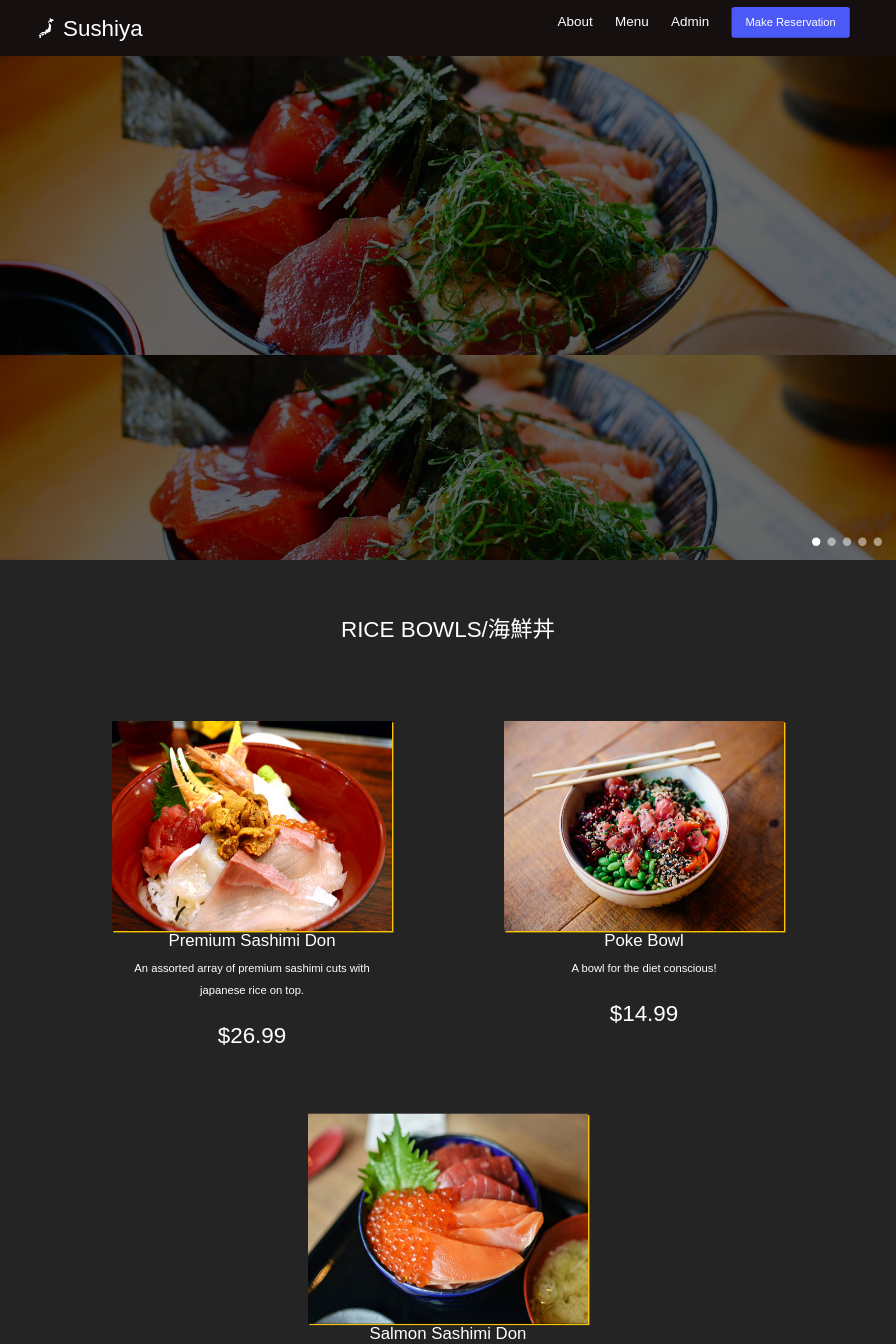
Repository: RuiXiong2211/Sushiroe
Page: /Menu
The author's editor kept a copy of each file at every save. The page is drawn from the files as they stood at one save, then again after the next save.
The browser window is 1280 px wide. The pictures show the part of the page from y = 0 to 1920 px (the page is 5128 px tall), at 70% of full size.
Pictures or frames that could not be fetched are drawn as grey boxes. The page's requests for data from a server got no answer. The project was rebuilt for these pictures with package versions that can differ from the ones it lists, and the page was loaded fresh each time. No one was signed in, and anything a server would have sent is missing. Also part of the build but not shown: src/components/InfoSection/InfoSection.elements.js, src/components/InfoSection/InfoSection.js, src/components/AdminDashboard/ResItem.elements.js, src/components/AdminDashboard/ResvItem.js, src/components/Reservation/Reservation.elements.js, src/components/AdminDashboard/EditFormElements.js, src/components/AdminDashboard/EditForm.js, src/components/AdminDashboard/AdminDashboard.elements.js and 8 more.

Above is the page before, as saved 2021-07-30 12:33:03.

### src/App.js
import { React, useEffect } from "react";
import "bootstrap/dist/css/bootstrap.min.css";
import { BrowserRouter as Router, Switch, Route } from "react-router-dom";
import { Navbar, Footer } from "./components";
import ScrollToTop from "./components/ScrollToTop";
import GlobalStyle from "./globalStyles";
import Home from "./pages/HomePage/Home";
import Menu from "./pages/Menu/Menu";
import Reservation from "./pages/Reservation/ReservationPage";
import Admin from "./pages/AdminDashboard/Dashboard";
import { useStore } from "./services/reservations";

function App() {
  const getAllReservation = useStore((state) => state.getReservations);
  const reservations = useStore((state) => state.reservations);

  useEffect(() => {
    getAllReservation();
  }, [getAllReservation]);

  useEffect(() => {
    console.log(reservations);
  }, [reservations]);

  return (
    <Router>
      <GlobalStyle />
      <ScrollToTop />
      <Navbar />
      <Switch>
        <Route path="/" exact component={Home} />
        <Route path="/Menu" exact component={Menu} />
        <Route path="/Reservation" render={(props) => <Reservation {...props} reservations={reservations} />} />
        <Route path="/Admin" render={(props) => <Admin {...props} reservations={reservations} />} />
      </Switch>
      <Footer />
    </Router>
  );
}

export default App;

### src/components/index.js
export { default as Navbar } from './Navbar/Navbar.js'
export { default as Footer } from './Footer/Footer.js'
export { default as InfoSection } from './InfoSection/InfoSection.js'
export { default as ImageSlider } from './ImageSlider/ImageSlider.js'
export { default as ProductSection } from './ProductSection/ProductSection.js'
export { default as AdminDashboard } from './AdminDashboard/AdminDashboard.js'

### src/components/ScrollToTop.js
import { useEffect } from 'react'
import { useLocation } from 'react-router-dom'

export default function ScrollToTop() {
    const { pathname } = useLocation()
    useEffect(() => {
        window.scrollTo(0, 0);
    },
    [pathname]
    )

    return null
}

### src/globalStyles.js
import styled, {createGlobalStyle} from 'styled-components'

const GlobalStyle = createGlobalStyle`
* {
    box-sizing: border-box;
    margin: 0;
    padding: 0;
    font-family: 'Source Sans Pro', sans-serif
}
`;

export const Container = styled.div`
    z-index: 1;
    width: 100%;
    max-width: 1300px;
    margin-right: auto;
    margin-left: auto;
    padding-right: 50px;
    padding-left: 50px;

    @media screen and (max-width: 991px) {
        padding-right: 30px;
        padding-left: 30px;
    }
`
export const Button = styled.button`
    border-radius: 4px;
    background: ${({primary}) => (primary ? '#4B59F7' : '#0467FB')};
    white-space: nowrap;
    padding: ${({big}) => (big ? '12px 64px' : '10px 20px')};
    color: #fff;
    font-size: ${({fontBig}) => (fontBig ? '20px' : '16px')};
    outline: none;
    border: none;
    cursor: pointer;

    &:hover {
        transition: all 0.3s ease-out;
        background: #fff;
        background: ${({primary}) => (primary ? '#0467FB' : '#4B59F7')};
    }

    @media screen and (max-width: 960px) {
        width: 100%;
    }
 `

export default GlobalStyle

### src/pages/Menu/Menu.js
import React from "react";
import { ImageSlider, ProductSection } from "../../components";
import {
  sliderData,
  productData,
  sushiData,
  drinksData,
} from "../../data/menu/Data";

const Menu = () => {
  return (
    <>
      <ImageSlider images={sliderData} />
      <ProductSection heading="RICE BOWLS/海鮮丼" data={productData} />
      <ProductSection heading="SUSHI/お寿司" data={sushiData} />
      <ProductSection heading="飲み物/DRINKS" data={drinksData} />
    </>
  );
};

export default Menu;

### src/services/reservations.js
import axios from "axios";
import emailjs from "emailjs-com";
import create from "zustand";

const baseUrl = "http://localhost:4000/app/reservation";

export const useStore = create((set) => ({
  reservations: [],
  getReservations: async () => {
    const response = await axios.get(baseUrl);
    set({ reservations: await response.data });
  },
  addReservation: (reservation) => {
    set((state) => ({
      reservations: [...state.reservations, { ...reservation }],
    }));
  },
  removeReservation: (id) => {
    set((state) => ({
      reservations: state.reservations.filter(
        (reservation) => id !== reservation.id
      ),
    }));
  },
  editReservation: (id, updatedReservation) => {
    set((state) => ({
      reservations: state.reservations.map((reservation) =>
        id === reservation.id ? updatedReservation : reservation
      ),
    }));
  },
}));

// export const createNewReservation = (reservation) => {
//   axios
//     .post(baseUrl, reservation)
//     .then((response) => console.log(response.data));
// };

export const createNewReservation = async (reservation) => {
  const response = await axios.post(baseUrl, reservation);
  return await response.data.id;
};

export const updateReservation = (id, reservation) => {
  axios.patch(`${baseUrl}/${id}`, reservation);
  //.then((response) => console.log(response.data));
};

export const sendConfirmationEmail = (emailParams) => {
  emailjs.send(
    "service_zzhbm1s",
    "template_yot0ajf",
    emailParams,
    "user_Rb1siOwIIlMA7ruNlgeYh"
  );
};

export const getReservations = async () => {
  const request = await axios.get(baseUrl);
  return request;
};

export const deleteReservation = async (id) => {
  await axios.delete(`${baseUrl}/${id}`);
};

getReservations().then((reservation) =>
  useStore.setState((state) => ({
    ...state,
    reservation,
  }))
);

### src/components/Navbar/Navbar.js
import React, { useState, useEffect } from "react";
import { Button } from '../../globalStyles';
import {
  Nav,
  NavbarContainer,
  NavLogo,
  NavIcon,
  MobileIcon,
  MobileIconButton,
  NavMenu,
  NavItem,
  NavLinks,
  NavItemBtn,
  NavBtnLink,
} from "./Navbar.elements";

const Navbar = () => {

  const [click, setClick] = useState(false)
  const [button, setButton] = useState(true)

  const handleClick = () => setClick(!click)
  const showButton = () => {
      if (window.innerWidth <= 960) {
          setButton(false)
      } else {
        setButton(true)

      }
  }

  useEffect(() => {
      showButton()
  }, [])

  window.addEventListener('resize', showButton);


  return (
    <>
      <Nav>
        <NavbarContainer>
          <NavLogo to="/">
            <NavIcon />
            Sushiya
          </NavLogo>
          <MobileIcon onClick={handleClick}>
            <MobileIconButton click={click} />
          </MobileIcon>
          <NavMenu onClick={handleClick} click={click}>
              <NavItem>
                  <NavLinks to='/'>
                      About
                  </NavLinks>
              </NavItem>
              <NavItem>
                  <NavLinks to='/Menu'>
                      Menu
                  </NavLinks>
              </NavItem>
              <NavItem>
                  <NavLinks to='/Admin'>
                      Admin
                  </NavLinks>
              </NavItem>
              <NavItemBtn>
                {button ? (
                  <NavBtnLink to='/Reservation'>
                    <Button primary>
                      Make Reservation
                      </Button>
                  </NavBtnLink>
                ) : (
                  <NavBtnLink to='/Reservation'>
                    <Button fontBig primary>
                      Make Reservation
                    </Button>
                  </NavBtnLink>
                )}
              </NavItemBtn>
          </NavMenu>
        </NavbarContainer>
      </Nav>
    </>
  );
};

export default Navbar;

### src/components/Footer/Footer.js
import React from "react";

import {
  FaFacebook,
  FaInstagram,
  FaYoutube,
  FaTwitter,
  FaLinkedin,
} from "react-icons/fa";

import {
  FooterContainer,
  SocialMedia,
  SocialMediaWrap,
  SocialLogo,
  SocialIcon,
  WebsiteRights,
  SocialIcons,
  SocialIconLink,
  ContactUs,
} from "./Footer.elements";

function Footer() {
  return (
    <FooterContainer>
      <SocialMedia>
        <SocialMediaWrap>
          <SocialLogo to="/">
            <SocialIcon />
            Sushiya
          </SocialLogo>
          <WebsiteRights>Sushiya © 2021</WebsiteRights>
          <SocialIcons>
            <SocialIconLink href="/" target="_blank" aria-label="Facebook">
              <FaFacebook />
            </SocialIconLink>
            <SocialIconLink href="/" target="_blank" aria-label="Instagram">
              <FaInstagram />
            </SocialIconLink>
            <SocialIconLink
              href=
                "https:youtube.com/"
              rel="noopener noreferrer"
              target="_blank"
              aria-label="Youtube"
            >
              <FaYoutube />
            </SocialIconLink>
            <SocialIconLink href="/" target="_blank" aria-label="Twitter">
              <FaTwitter />
            </SocialIconLink>
            <SocialIconLink href="/" target="_blank" aria-label="LinkedIn">
              <FaLinkedin />
            </SocialIconLink>
          </SocialIcons>
          <ContactUs>
          <strong>Opening Hours: </strong>
          Monday - Sunday,
          12:00 - 22:00
          <br/>
          <strong>Phone: </strong>
          (+65) 90122513
          <br/>
          <strong>Address: </strong>
          3 Jalan Mata Ayer, 759150
      </ContactUs>
        </SocialMediaWrap>
      </SocialMedia>
    </FooterContainer>
  );
}

export default Footer;

### src/components/ImageSlider/ImageSlider.js
import React, { useState, useEffect } from "react";
import {
  Wrapper,
  Slide,
  Gradient,
  ChildrenWrapper,
  IndicatorWrapper,
  Dot,
} from "./ImageSlider.elements";

const ImageSlider = ({
  images = [],
  autoPlay = true,
  autoPlayTime = 7000,
  children,
  ...props
}) => {
  const [currentSlide, setCurrentSlide] = useState(0);

  function nextSlide(slideIndex = currentSlide + 1) {
    const newSlideIndex = slideIndex >= images.length ? 0 : slideIndex;

    setCurrentSlide(newSlideIndex);
  }

  useEffect(() => {
    const timer = setTimeout(() => {
      nextSlide();
    }, autoPlayTime);

    return () => clearTimeout(timer);
  }, [currentSlide]);

  return (
    <Wrapper {...props}>
      {images.map((imageUrl, index) => (
        <Slide
          key={index}
          style={{
            backgroundImage: `url(${imageUrl.img})`,
            marginLeft: index === 0 ? `-${currentSlide * 100}%` : undefined,
          }}
        ></Slide>
      ))}
      <Gradient />
      <Indicator
        currentSlide={currentSlide}
        amountSlides={images.length}
        nextSlide={nextSlide}
      />
      <ChildrenWrapper>{children}</ChildrenWrapper>
    </Wrapper>
  );
};

const Indicator = ({ currentSlide, amountSlides, nextSlide }) => {
  return (
    <IndicatorWrapper>
      {Array(amountSlides)
        .fill(1)
        .map((_, i) => (
          <Dot
            key={i}
            isActive={currentSlide === i}
            onClick={() => nextSlide(i)}
          />
        ))}
    </IndicatorWrapper>
  );
};

export default ImageSlider;

### src/components/ProductSection/ProductSection.js
import React from 'react'
import {
    ProductsContainer,
    ProductWrapper,
    ProductsHeading,
    ProductTitle,
    ProductCard,
    ProductImg,
    ProductInfo,
    ProductDesc,
    ProductPrice,
} from './ProductSection.elements.js'

const ProductSection = ({heading, data}) => {
    return (
        <>
            <ProductsContainer>
            <ProductsHeading>{heading}</ProductsHeading>
            <ProductWrapper>
                {data.map((product, index) => {
                    return (
                        <ProductCard key={index}>
                            <ProductImg src={product.img} alt={product.alt} />
                            <ProductInfo>
                                <ProductTitle>{product.name}</ProductTitle>
                                <ProductDesc>{product.desc}</ProductDesc>
                                <ProductPrice>{product.price}</ProductPrice>
                            </ProductInfo>
                        </ProductCard>
                    )
                })}
            </ProductWrapper>
        </ProductsContainer>
        </>
    )
}

export default ProductSection

### src/components/Navbar/Navbar.elements.js
import styled from 'styled-components'
import { Container } from '../../globalStyles'
import { Link } from 'react-router-dom'
import { FaTimes, FaBars } from 'react-icons/fa'
import { GiJapan } from 'react-icons/gi'

export const Nav = styled.nav`
    background: #150f0f;
    height: 80px;
    display: flex;
    justify-content: center;
    align-items: center;
    font-size: 1.2rem;
    position: sticky;
    top: 0;
    z-index: 999;
`;

export const NavbarContainer = styled(Container)`
    display: flex;
    justify-content: space-between;
    height: 80px;

    ${Container}
`;

export const NavLogo = styled(Link)`
    color: #fff;
    justify-self: flex-start;
    cursor: pointer;
    text-decoration: none;
    font-size: 2rem;
    display: flex;
    align-items: center;
`;

export const NavIcon = styled(GiJapan)`
    margin-right: 0.5rem;
`;

export const MobileIcon = styled.div`
    display: none;

    @media screen and (max-width: 960px) {
        display: block;
        position: absolute;
        top: 0;
        right: 0;
        transform: translate(-100%, 60%);
        font-size: 1.8rem;
        cursor: pointer;
        color: #fff;
    }
`

export const MobileIconButton = ({click}) => {
    return (
        click ? <FaTimes /> : <FaBars />
    )
}

export const NavMenu = styled.ul`
    display: flex;
    align-items: center;
    list-style: none;
    text-align: center;

    @media screen and (max-width: 960px) {
        display: flex;
        flex-direction: column;
        width: 100%;
        height: 90vh;
        position: absolute;
        top: 80px;
        left: ${({click}) => (click ? 0 : '-100%')};
        opacity: 1;
        transition: all 0.5s ease;
        background: #101522;
    }
`

export const NavItem = styled.li`
    height: 80px;
    border-bottom: 2px solid transparent;

    &:hover {
        border-bottom: 2px solid yellow;
    }

    @media screen and (max-width: 960px) {
        width: 100%;

        &:hover {
            border: none;
        }
    }
`

export const NavLinks = styled(Link)`
    color: #fff;
    display: flex;
    align-items: center;
    text-decoration: none;
    padding: 0.5rem 1rem;
    height: 100%;

    @media screen and (max-width: 960px) {
        text-align: center;
        padding: 2rem;
        width: 100%;
        display: table;

        &:hover {
            color: #4b59f7;
            transition: all 0.3s ease;
        }
    }
`

export const NavItemBtn = styled.li`
  @media screen and (max-width: 960px) {
    display: flex;
    justify-content: center;
    align-items: center;
    width: 100%;
    height: 120px;
  }
`

export const NavBtnLink = styled(Link)`
  display: flex;
  justify-content: center;
  align-items: center;
  text-decoration: none;
  padding: 8px 16px;
  height: 100%;
  width: 100%;
  border: none;
  outline: none;
`

### src/components/Footer/Footer.elements.js
import styled from 'styled-components';
import { GiJapan } from 'react-icons/gi'
import { Link } from 'react-router-dom';

export const FooterContainer = styled.div`
  background-color: #101522;
  padding: 1rem 0 1rem 0;
  display: flex;
  flex-direction: column;
  justify-content: center;
  align-items: center;
`;

export const SocialMedia = styled.section`
  max-width: 1300px;
  width: 100%;
`;

export const SocialMediaWrap = styled.div`
  display: flex;
  justify-content: space-between;
  align-items: center;
  width: 90%;
  max-width: 1000px;
  margin: 40px auto 0 auto;
  @media screen and (max-width: 820px) {
    flex-direction: column;
  }
`;

export const SocialLogo = styled(Link)`
  color: #fff;
  justify-self: start;
  cursor: pointer;
  text-decoration: none;
  font-size: 2rem;
  display: flex;
  align-items: center;
  margin-bottom: 16px;
`;

export const SocialIcon = styled(GiJapan)`
  margin-right: 10px;
`;

export const WebsiteRights = styled.small`
  color: #fff;
  margin-bottom: 16px;
`;

export const SocialIcons = styled.div`
  display: flex;
  justify-content: space-between;
  align-items: center;
  width: 240px;
`;

export const SocialIconLink = styled.a`
  color: #fff;
  font-size: 24px;
`;

export const ContactUs = styled.div`
    color: #fff;
    font-size: 16px;
    padding: 0 0 1rem 0;
`

### src/components/ImageSlider/ImageSlider.elements.js
import styled from "styled-components";

export const Wrapper = styled.div`
  height: 100vh;
  display: flex;
  flex-wrap: nowrap;
  overflow-x: hidden;
  position: relative;
`;

export const Slide = styled.div`
  height: 100%;
  width: 100%;
  flex-shrink: 0;
  //background-position: fill;
  background-size: contain;
  transition: 750ms all ease-in-out;
`;

export const ChildrenWrapper = styled.div`
  position: absolute;
  top: 50%;
  left: 50%;
  transform: translate(-50%, -50%);
`;

export const Gradient = styled.div`
  width: 100%;
  height: 100%;
  position: absolute;
  top: 0;
  left: 0;
  background-color: rgba(0, 0, 0, 0.6);
`;

export const IndicatorWrapper = styled.div`
  display: flex;
  flex-wrap: nowrap;
  position: absolute;
  bottom: 15px;
  right: 15px;
`;

export const Dot = styled.div`
  width: 12px;
  height: 12px;
  border-radius: 6px;
  background-color: white;
  opacity: ${(props) => (props.isActive ? 1 : 0.5)};
  margin: 5px;
  transition: 750ms all ease-in-out;
`;

### src/components/ProductSection/ProductSection.elements.js
import styled from 'styled-components'

export const ProductsContainer = styled.div`
  /* width: 100vw; */
  min-height: 100vh;
  padding: 5rem calc((100vw - 1300px) / 2);
  background: #242424;
  color: #fff;
`;

export const ProductWrapper = styled.div`
  display: flex;
  flex-wrap: wrap;
  justify-content: center;
  margin: 0 auto;
`;

export const ProductCard = styled.div`
  margin: 2rem 5rem;
  line-height: 2;
  width: 400px;
`;

export const ProductImg = styled.img`
  height: 300px;
  min-width: 400px;
  max-width: 400px;
  box-shadow: 2px 2px #fdc500;
`;

export const ProductsHeading = styled.h1`
  font-size: clamp(2rem, 2.5vw, 3rem);
  text-align: center;
  margin-bottom: 5rem;
`;

export const ProductTitle = styled.h2`
  font-weight: 400;
  font-size: 1.5rem;
`;

export const ProductInfo = styled.div`
  display: flex;
  flex-direction: column;
  justify-content: center;
  align-items: center;
  text-align: center;
`;

export const ProductDesc = styled.p`
  margin-bottom: 1rem;
`;

export const ProductPrice = styled.p`
  margin-bottom: 1rem;
  font-size: 2rem;
`;

Loaded but not shown: public/index.html (common file); src/index.js (common file); src/data/menu/Data.js (138 lines, source omitted)

After the next save:
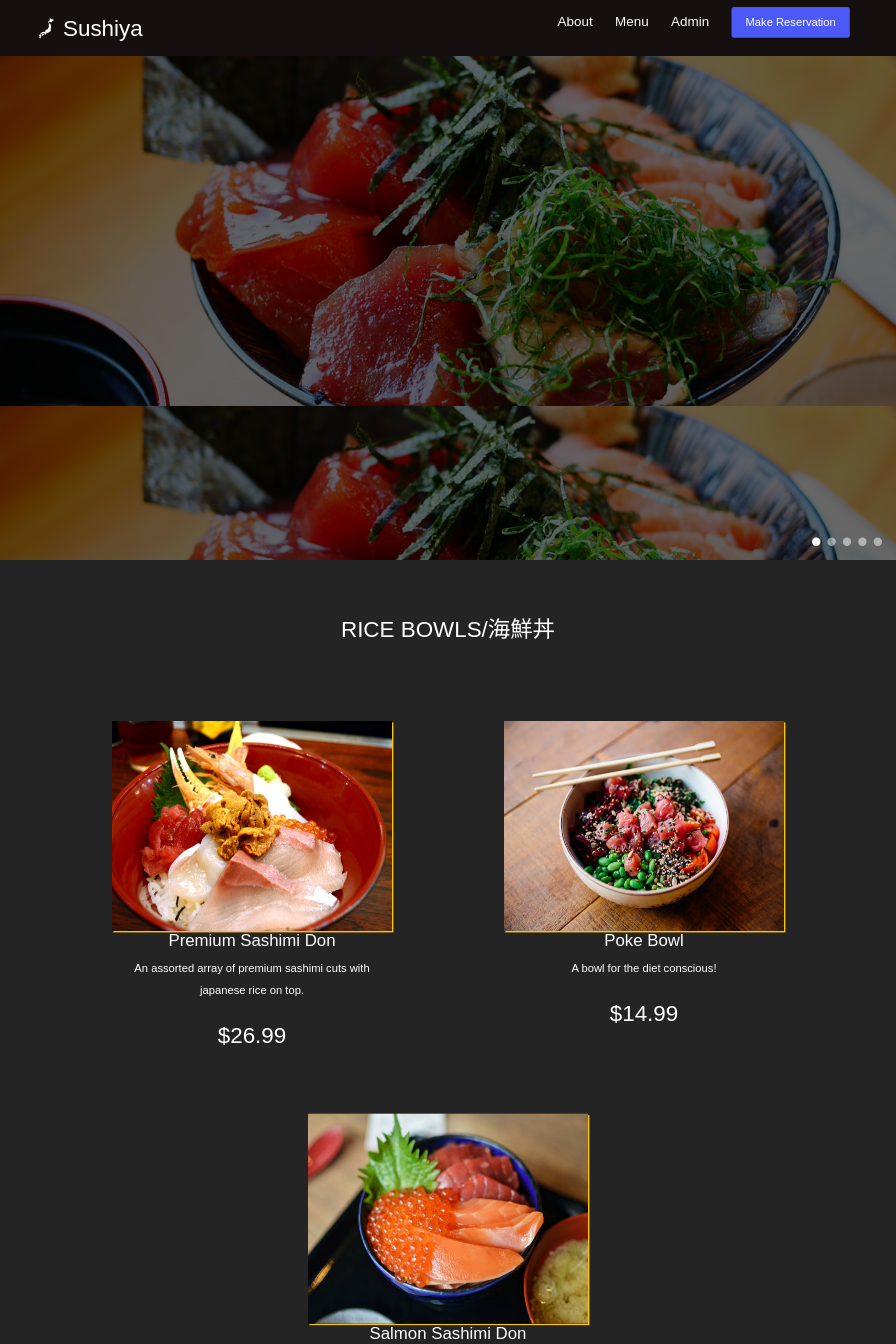
Saved 13 s later.
--- a/src/components/ImageSlider/ImageSlider.elements.js
+++ b/src/components/ImageSlider/ImageSlider.elements.js
@@ -13,7 +13,7 @@ export const Slide = styled.div`
   width: 100%;
   flex-shrink: 0;
   //background-position: fill;
-  background-size: contain;
+  //background-size: contain;
   transition: 750ms all ease-in-out;
 `;
 
